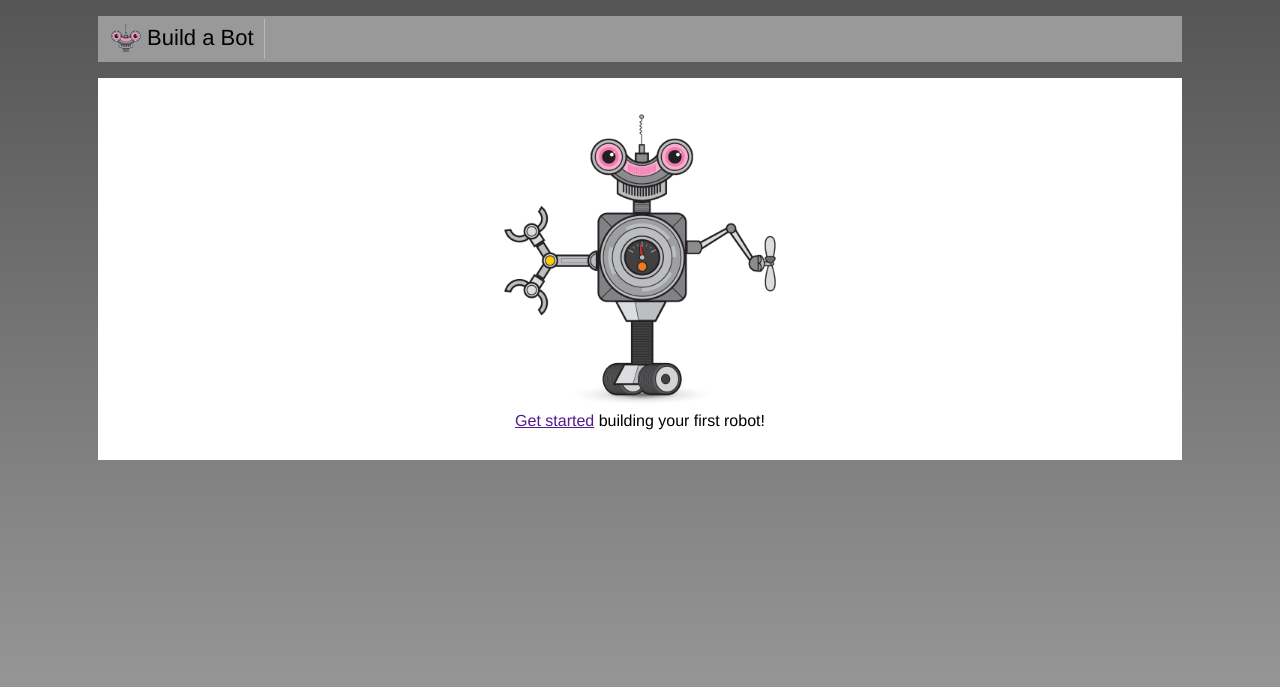
Repository: nickarocho/build-a-bot
Page: /
An editor plug-in stored every save of this project. The page is shown before and after a run of saves, followed by the edit.
The browser window is 1280 px wide. The pictures show the whole page.
The project was rebuilt for these pictures with package versions that can differ from the ones it lists, and the page was loaded fresh each time.

Above is the page before, as saved 2019-11-19 12:58:29.

### src/App.vue
<template>
  <div id="app">
    <header>
      <nav>
        <ul>
          <li class="nav-item">
            <img src="./assets/build-a-bot-logo.png" alt="" class="logo" />
            Build a Bot
          </li>
        </ul>
      </nav>
    </header>
    <main>
      <HomePage/>
    </main>
  </div>
</template>

<script>
import HomePage from './home/HomePage.vue';

export default {
  name: 'app',
  components: {
    HomePage,
  },
};
</script>

<style>
body {
  background: linear-gradient(to bottom, #555, #999);
  background-attachment: fixed;
}
#app {
  font-family: 'Avenir', Helvetica, Arial, sans-serif;
}
main {
  margin: 0 auto;
  padding: 30px;
  background-color: white;
width: 1024px;
min-height: 300px;
}
header {
  background-color: #999;
  width: 1084px;
  margin: 0 auto;
}
ul {
  padding: 3px;
  display: flex;
}
.nav-item {
  display: inline-block;
  padding: 5px 10px;
  font-size: 22px;
  border-right: 1px solid #bbb;
}
.logo {
  vertical-align: middle;
  height: 30px;
}
</style>

### src/home/HomePage.vue
<template>
  <div class="home">
    <div class="home">
      <div>
        <img src="../assets/robot-home.png" class="robot" aria-hidden="true" />
      </div>
      <div class="get-started">
        <a href="">Get started</a> building your first robot!
      </div>
    </div>
  </div>
</template>

<script>
export default {
  name: 'HomePage',
  props: {
    msg: String,
  },
};
</script>

<!-- Add "scoped" attribute to limit CSS to this component only -->
<style scoped>
.home {
  text-align: center;
}
.robot {
  height: 300px;
}
</style>

### src/build/RobotBuilder.vue
<template>
    <div>
    <div class="top-row">
      <div class="top part">
        <img src="./images/head-big-eye.png" title="head"/>
        <button class="prev-selector">&#9668;</button>
        <button class="next-selector">&#9658;</button>
      </div>
    </div>
    <div class="middle-row">
      <div class="left part">
        <img src="./images/arm-articulated-claw.png" title="left arm"/>
        <button class="prev-selector">&#9650;</button>
        <button class="next-selector">&#9660;</button>
      </div>
      <div class="center part">
        <img src="./images/torso-flexible-gauged.png" title="left arm"/>
        <button class="prev-selector">&#9668;</button>
        <button class="next-selector">&#9658;</button>
      </div>
      <div class="right part">
        <img src="./images/arm-dual-claw.png" title="left arm"/>
        <button class="prev-selector">&#9650;</button>
        <button class="next-selector">&#9660;</button>
      </div>
    </div>
    <div class="bottom-row">
      <div class="bottom part">
        <img src="./images/base-single-wheel.png" title="left arm"/>
        <button class="prev-selector">&#9668;</button>
        <button class="next-selector">&#9658;</button>
      </div>
    </div>
  </div>
</template>

<script>
export default {
  name: 'RobotBuilder',
};
</script>

<style scoped>
.part {
  position: relative;
  width:165px;
  height:165px;
  border: 3px solid #aaa;
}
.part img {
  width:165px;
}
.top-row {
  display:flex;
  justify-content: space-around;
}
.middle-row {
  display:flex;
  justify-content: center;
}
.bottom-row {
  display:flex;
  justify-content: space-around;
  border-top: none;
}
.head {
  border-bottom: none;
}
.left {
  border-right: none;
}
.right {
  border-left: none;
}
.left img {
  transform: rotate(-90deg);
}
.right img {
  transform: rotate(90deg);
}
.bottom {
  border-top: none;
}
.prev-selector {
  position: absolute;
  z-index:1;
  top: -3px;
  left: -28px;
  width: 25px;
  height: 171px;
}
.next-selector {
  position: absolute;
  z-index:1;
  top: -3px;
  right: -28px;
  width: 25px;
  height: 171px;
}
.center .prev-selector, .center .next-selector {
  opacity:0.8;
}
.left .prev-selector {
  top: -28px;
  left: -3px;
  width: 144px;
  height: 25px;
}
.left .next-selector {
  top: auto;
  bottom: -28px;
  left: -3px;
  width: 144px;
  height: 25px;
}
.right .prev-selector {
  top: -28px;
  left: 24px;
  width: 144px;
  height: 25px;
}
.right .next-selector {
  top: auto;
  bottom: -28px;
  left: 24px;
  width: 144px;
  height: 25px;
}
.right .next-selector {
  right: -3px;
}
</style>

Loaded but not shown: public/index.html (common file); src/main.js (common file)

After the next 5 saves:
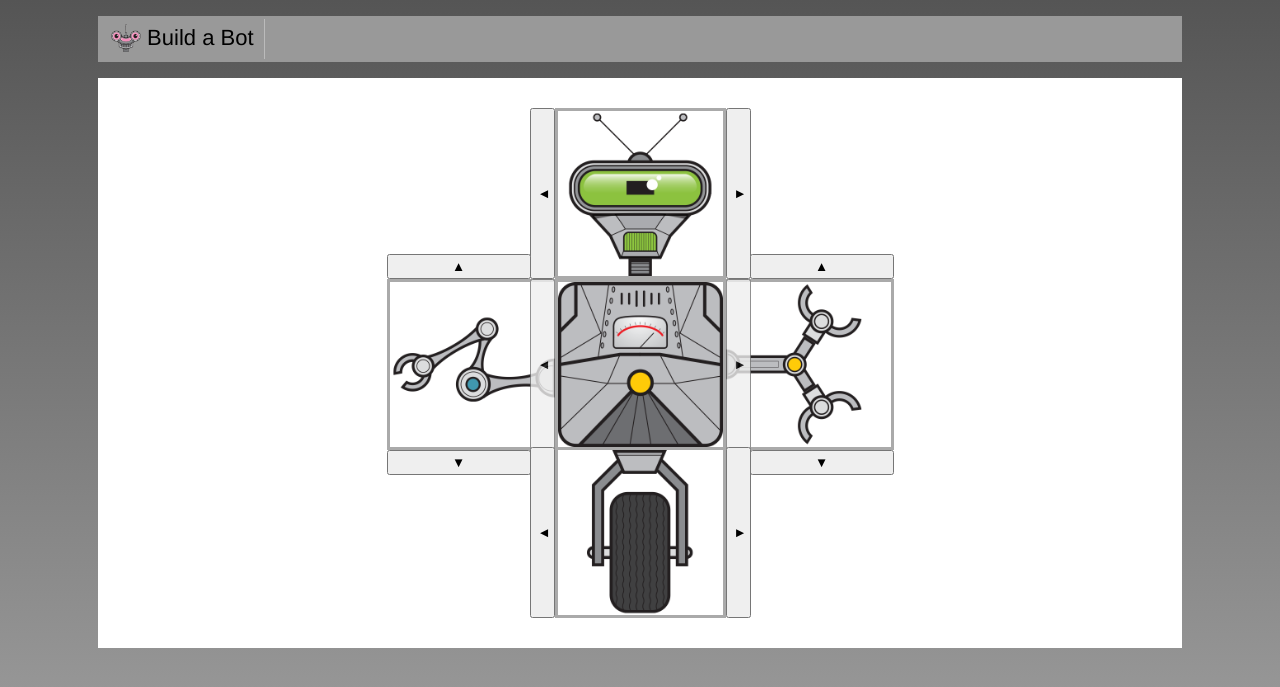
The 5 saves are shown as one change because 4 did not build or start.
The last was saved 5 min 22 s later.
--- a/src/App.vue
+++ b/src/App.vue
@@ -12,17 +12,20 @@
     </header>
     <main>
       <HomePage/>
+      <RobotBuilder/>
     </main>
   </div>
 </template>
 
 <script>
-import HomePage from './home/HomePage.vue';
+// import HomePage from './home/HomePage.vue';
+import RobotBuilder from './build/RobotBuilder.vue';
 
 export default {
   name: 'app',
   components: {
-    HomePage,
+    // HomePage,
+    RobotBuilder,
   },
 };
 </script>
